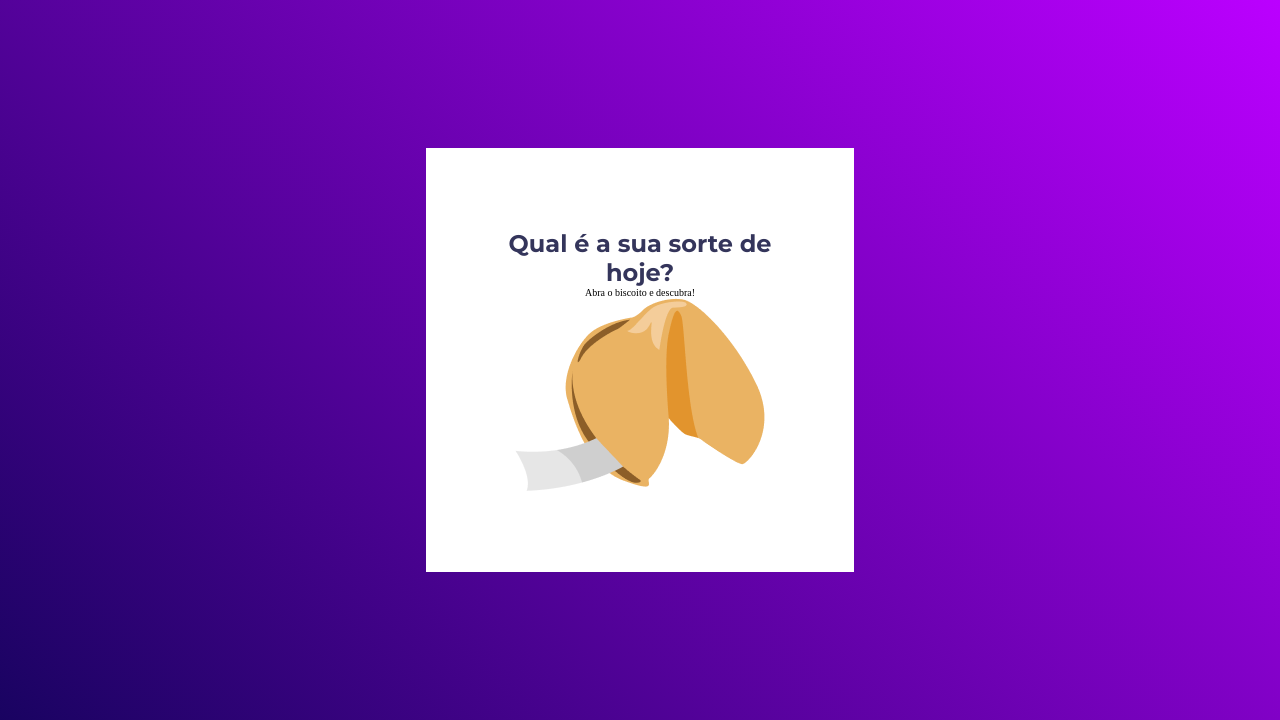
Repository: caueenrico/cookieCoach
Page: index.html
These files come from the project's save history. The page is drawn as it stood at one moment and after the next save; the edit follows.
The browser window is 1280 px wide. The pictures show the whole page.

Above is the page before, as saved 2023-06-27 16:09:36.

After the next save:
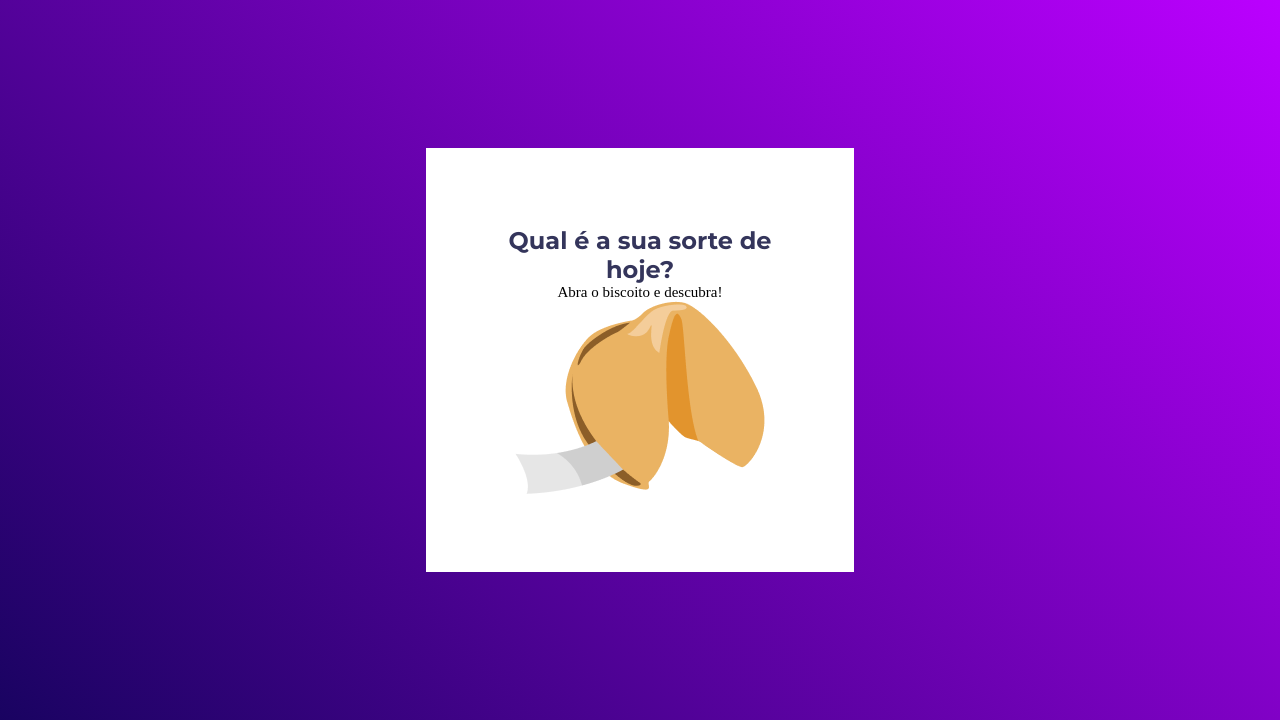
Saved 5 s later.
--- a/style.css
+++ b/style.css
@@ -49,5 +49,5 @@ main h1 {
 }
 
 main p{
-  font-size: var();
+  font-size: var(--fs-subt);
 }
